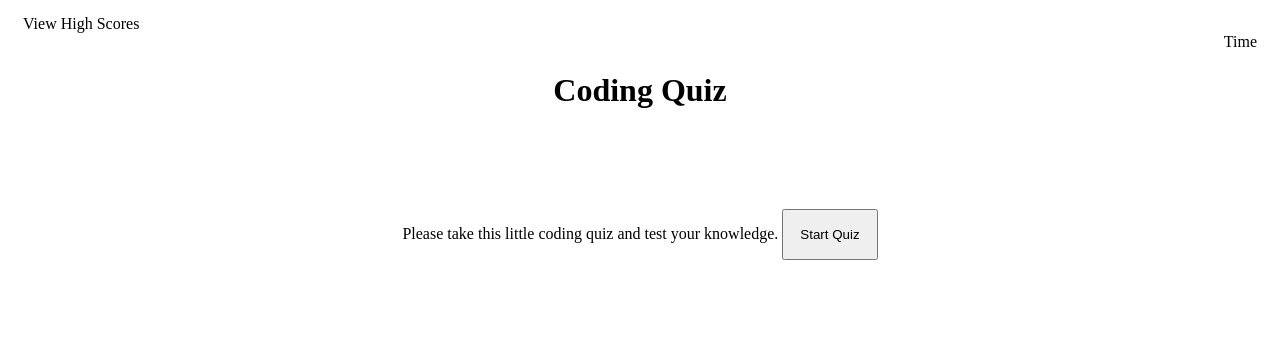
Repository: Naomilounsbury/code-quiz
Page: index.html
The author's editor kept a copy of each file at every save. The page is drawn from the files as they stood at one save, then again after the next save.
The browser window is 1280 px wide. The pictures show the whole page.
After loading, the first visible `button` was clicked once.

Above is the page before, as saved 2021-11-27 18:10:16.
Console error: SyntaxError: Unexpected token '('

### index.html
<!DOCTYPE html>
<html lang="en">
<head>
    <meta charset="UTF-8">
    <meta http-equiv="X-UA-Compatible" content="IE=edge">
    <meta name="viewport" content="width=device-width, initial-scale=1.0">
    <title>Code Quiz</title>
    <link rel="stylesheet" href="./assets/css/styles.css">
</head>
<body>
    <!-- basic words on the page, how do i get stuff inline? -->
 <header>
    <div class="high-scores">
     View High Scores
 </div>
 <!-- oh god I have to actually figure out how to do a timer -->
 <div class="time">
     Time
 </div>
 <h1 class="title">Coding Quiz</h1>
</header>
<!-- I then created a div element to introduce, maybe I'll add more to it later -->
 <div class="intro">

     Please take this little coding quiz and test your knowledge.
     <!-- I connected the button to the javascrpt woohoo -->
     <button onclick="onStartQuiz()">
         Start Quiz
     </button>
 </div>
 <!-- here is the quiz -->
 <form id="questions-form">
 <div class="question" >

 </div>

</form>
<script src="./assets/js/script.js"></script>
</body>
</html>

### assets/css/styles.css
header {
    margin: 10px;
    padding: 5px;
    text-decoration-color: black;

}
.high-scores{
    text-align: left;
}
.time{
    text-align: right;
}
h1{
    height: 100px;
    text-align: center;

}
.intro{
    text-align: center;
}
.question{
    text-align: center;

}
button{
    padding: 16px;

    text-align: center;
    align-content: center;
}

### assets/js/script.js
//first I am grabbing my variables from the html so that I can later use them inside functions
var formEl = document.querySelector("#questions-form");
var questionDivEl = document.querySelector(".question");
console.log(questionDivEl)
//I want to create an onclick function eventually
//so I'm creating my function
var onStartQuiz = function () {
    //when the quiz starts it grabs the first object in the array
    var currentQuestion = questions[0];

    //its going into the html and taking the div clas question and setting the value equal to the current question
    questionDivEl.innerText = currentQuestion.question

    //I created buttons with create element
    //and then I added stuff to the button from the array using btn.innerHtml.
    //and then I had document.questionDivEl to get the variable but that didn't work
    //so finally I deleted the "document" and it worked but I'm not exactly sure why because I just checked the taskinator to see
    var btn = document.createElement("BUTTON");
    btn.innerHTML = currentQuestion.a
    questionDivEl.appendChild(btn);

    var btn = document.createElement("button");
    btn.innerHTML = currentQuestion.b
    questionDivEl.appendChild(btn);

    var btn = document.createElement("button");
    btn.innerHTML = currentQuestion.c
    questionDivEl.appendChild(btn);

    var btn = document.createElement("button");
    btn.innerHTML = currentQuestion.d
    questionDivEl.appendChild(btn);

    var btn = document.createElement("button");
    btn.innerHTML = "Next Question"
    questionDivEl.appendChild(btn);

    //create a separate onclick that changes the current question to something else
    //create a next question button that will go on to the next question and save your answer
    console.log("hello")
}
var nextQuestion() {


}
//making an array of questions
var questions = [
    {
        //right now the key question is a string
        question: "To create an array, what kid of brackets are used?",
        answer: "a",
        a: "square brackets",
        b: "angle brackets",
        c: "curly brackets",
        d: "parentheses",
        //an array holds a list of items and since each question is an object we need a fucking comma
    },
    {
        question: "how do you create a branch with github?",
        answer: "b",
        a: "git push",
        b: "git branch",
        c: "git checkout",
        d: "git commit",
    },
    {
        question: "To create an array, what kid of brackets are used?",
        answer: "a",
        a: "square brackets",
        b: "angle brackets",
        c: "curly brackets",
        d: "parentheses",

    }
]

After the next save:
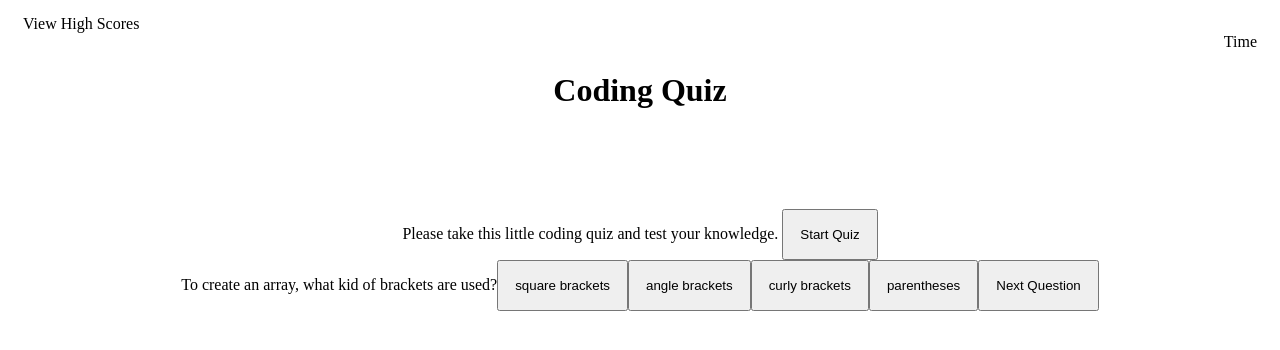
The error is gone.
Saved 18 min 55 s later.
--- a/assets/js/script.js
+++ b/assets/js/script.js
@@ -1,12 +1,16 @@
 //first I am grabbing my variables from the html so that I can later use them inside functions
 var formEl = document.querySelector("#questions-form");
 var questionDivEl = document.querySelector(".question");
+//the thing I want to do with this local storage is be able to
+//store the answers and scores of the quiz
+//localStorage.setItem("questionIndex", "0")
+var questionIndex = 0
 console.log(questionDivEl)
 //I want to create an onclick function eventually
 //so I'm creating my function
 var onStartQuiz = function () {
     //when the quiz starts it grabs the first object in the array
-    var currentQuestion = questions[0];
+    var currentQuestion = questions[questionIndex];
 
     //its going into the html and taking the div clas question and setting the value equal to the current question
     questionDivEl.innerText = currentQuestion.question
@@ -39,7 +43,11 @@ var onStartQuiz = function () {
     //create a next question button that will go on to the next question and save your answer
     console.log("hello")
 }
-var nextQuestion() {
+var nextQuestion = function() {
+    //questionIndex++=questionIndex plus 1
+    questionIndex++
+    console.log(questionIndex)
+
 
 
 }
